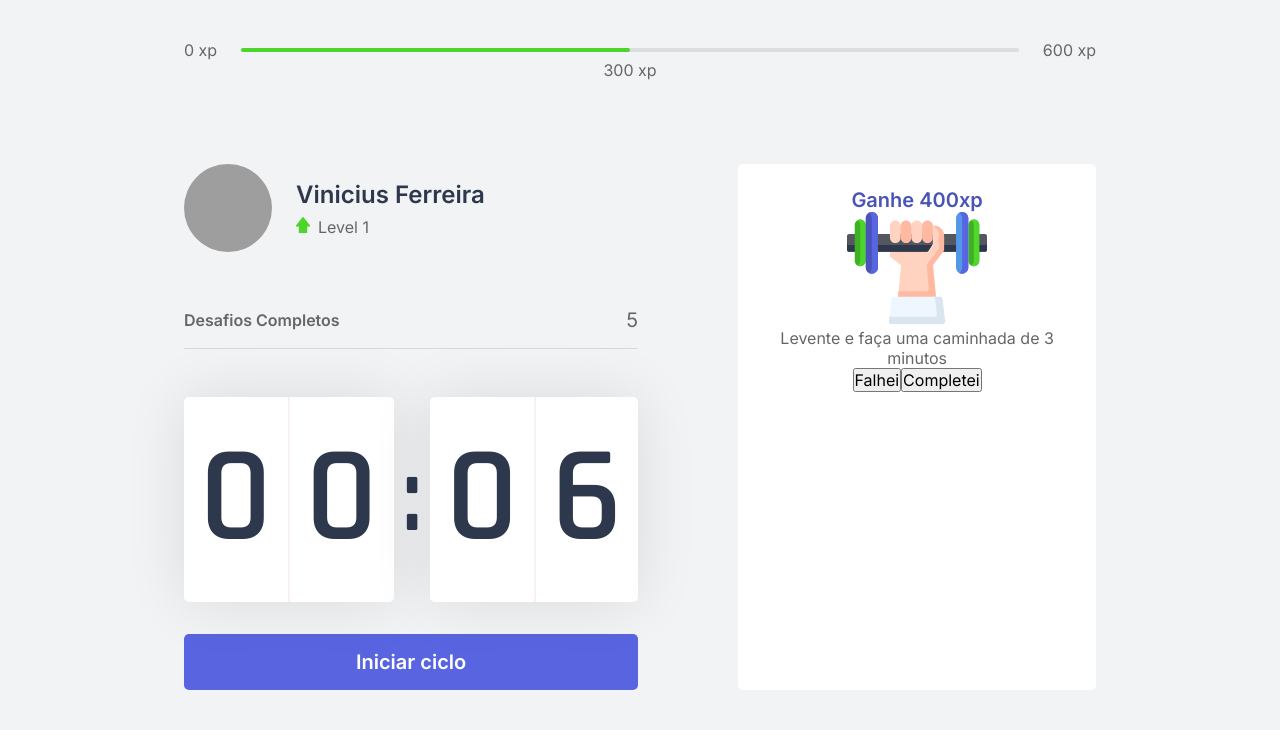
Repository: viniciusfg05/nlwFocus
Page: /
These files come from the project's save history. The page is drawn as it stood at one moment and after the next save; the edit follows.
The browser window is 1280 px wide. The pictures show the whole page.
Pictures or frames that could not be fetched are drawn as grey boxes. The project was rebuilt for these pictures with package versions that can differ from the ones it lists, and the page was loaded fresh each time. The framework's server and built-in components were replaced by stand-ins that run in the browser.

Above is the page before, as saved 2022-02-28 13:57:52.

### src/pages/_app.tsx
import '../styles/global.css'

import { AppProps } from 'next/app'

function MyApp({ Component, pageProps }: AppProps) {
  return <Component {...pageProps} />
}

export default MyApp

### src/pages/_document.tsx
import Document, { Html, Head, Main, NextScript} from 'next/document'

export default class Mydocument extends Document {
    render() {
        return(
            <Html>
                <Head>
                    <link rel='shortcut icon' href='favicon.png' type='image/png' />

                    <link rel="preconnect" href="https://fonts.gstatic.com" />
                    <link href="https://fonts.googleapis.com/css2?family=Inter:wght@400;500;600&family=Rajdhani:wght@600&display=swap" rel="stylesheet" />
                </Head>
                <body>
                    <Main />
                    <NextScript />
                </body>
            </Html>
        )
    }
}

### src/pages/index.tsx
import { CompleteChallenges } from "../components/CompleteChallenges";
import { CountDown } from "../components/CountDown";
import { ExperienceBar } from "../components/ExperinceBar";
import { Profile } from "../components/Profile";
import { ChallegesBox } from "../components/ChallegesBox";

import styles from "../styles/pages/Home.module.css"

import Head from 'next/head'

export default function Home() {
  return (
    <div className={styles.container}>
      <Head>
        <title>Inicio | Focus</title>
      </Head>

      <ExperienceBar />

      <section>
        <div>
          <Profile />
          <CompleteChallenges />
          <CountDown />
        </div>
        <div>
          <ChallegesBox />
        </div>
      </section>

    </div>
  )
}

### src/styles/global.css
*{
    margin: 0;
    padding: 0;
    box-sizing: border-box;
}

:root{
    --white: #fff;
    --background: #f2f3f5;
    --gray-line: #DCDDE0;
    --text: #666666;
    --text-highligth: #B3B9FF;
    --title: #2E384D;
    --red: #E83F5B;
    --green: #4CD62B;
    --blue: #5965E0;
    --blue-dark: #4953B8;
    --blue-twitter: #2AA9E0;
}

@media(max-white: 1080px) {
    html{
        font-size: 93.75%;
    }
}

@media(max-white: 750px) {
    html{
        font-size: 87.5%;
    }
}

body{
    background-color: var(--background);
    color: var(--text);

}

body, input, textarea, button {
    font: 400 1rem 'inter', sans-serif;
}

button{
    cursor: pointer;
}

a{
    color: inherit; /* para erdar a color do container */
    text-decoration: none;
}

### src/components/CompleteChallenges.tsx
import styles from '../styles/components/CompleteChallenges.module.css'


export function CompleteChallenges() {
    return(
        <div className={styles.CompleteChallenges}>
            <strong>Desafios Completos</strong>
            <span>5</span>
        </div>
    )
}

### src/components/CountDown.tsx
import { useState, useEffect } from 'react'
import styles from '../styles/components/CountDown.module.css'

let countDownTimeOut: NodeJS.Timeout; //para cancelar o timeOut


export function CountDown() {
    const [ time, setTime ] = useState(0.1 * 60)
    const [ isActive, setIsActive ] = useState(false)// para iniciar com desabilitado o conometro
    const [ timeFineshed, setTimeFineshed] = useState(false)

    const minutos = Math.floor(time / 60);
    const segundos = (time % 60); // '%' resto da divisão

    const [minuteLefts, minuteRight] = String(minutos).padStart(2, '0').split('')
    const [ segundosLefts, segundosRights ] = String(segundos).padStart(2, '0').split('')

    // padStart(2 '0') = para os numero a baixo de 10 ele vai add um '0' no inicio, ex. '05'
    // split('') = ele vai pera a string por exemplo '25' e repartir em dois '2' e '5'. split devolve um array com primeiro e segundo caractere

    function startCoutDown() {
        setIsActive(true);
    }

    function CancelCoutDown() {
        clearTimeout(countDownTimeOut)
        setIsActive(false);
        setTime((0.1 * 60))
    }

    useEffect(() => {
        if (isActive && time > 0) {
            countDownTimeOut = setTimeout(() => {setTime(time - 1);}, 1000)
        } else if (isActive && time === 0) {
            setTimeFineshed(true)
            setIsActive(false);

        }
    }, [isActive, time]);

    // setTimeout(() => {setTime(time - 1);}, 1000) = setTimeout = depois de 1000ms execute uma função; setTime recebe o valor de time -1.ou seja ele mudar para -1 a cada 1s e se add o time no useEffect sempre que o time mudar ele tira mais 1 segundo
    return(
        <div>
            <div className={styles.CountDownContainer}>
            <div>
                <span>{minuteLefts}</span>
                <span>{minuteRight}</span>
            </div>
            <span>:</span>
            <div>
                <span>{segundosLefts}</span>
                <span>{segundosRights}</span>
            </div>
        </div>

        {timeFineshed ? (
            <button
            disabled
            className={`${styles.CountdownButton} ${styles.CountdownButtonFinished}`}
            >
                Cliclo encerrado
            </button>
        ) : (
            <>
                { isActive ? (
                    <button
                    type="button"
                    className={`${styles.CountdownButton} ${styles.CountdownButtonActive} `}
                    onClick={CancelCoutDown}
                    >
                        Abondonar ciclo
                    </button>
                ) : (
                    <button
                        type="button"
                        className={styles.CountdownButton}
                        onClick={startCoutDown}
                     >
                        Iniciar ciclo
                    </button>
                )}
            </>
        )}






        </div>
    )
}

### src/components/ExperinceBar.tsx
import styles from '../styles/components/ExperienceBar.module.css'

export function ExperienceBar() {
    return(
        <header className={styles.experienceBar}>
            <span>0 xp</span>
                <div>
                    <div style={{ width: '50%',}}/>

                    <span className={styles.currentExperience} style={{ left: '50%'}}>300 xp</span>
                </div>
            <span>600 xp</span>
        </header>
    )
}

### src/components/Profile.tsx
import styles from '../styles/components/Profile.module.css'


export function Profile() {
    return(
        <div className={styles.profileContainer} >
            <img src="https://avatars.githubusercontent.com/u/68232658?s=400&u=003f61fe1fe4474daf9c3f5226d596c5f99dd759&v=4" alt="Vinicius Ferreira" />
            <div>
                <strong>Vinicius Ferreira</strong>
                <p>
                    <img src="icons/level.svg" alt="Level" />
                    Level 1
                </p>
            </div>
        </div>
    )
}

### src/components/ChallegesBox.tsx
import styles from '../styles/components/ChallegesBox.module.css'

export function ChallegesBox() {
  const hasActiveChallengen = true

  return (
    <div className={styles.ChallegesBoxContainer}>
      {hasActiveChallengen ? (
        <div className={styles.ChallegesBoxActive}>
          <header>Ganhe 400xp</header>
          <main>
            <img src="icons/body.svg" alt="Ganhe 400xp" />
            <p>Levente e faça uma caminhada de 3 minutos</p>
          </main>

          <footer>
            <button
            type="button"
            className={styles.ChallegesFailedButton}
            >
              Falhei
            </button>

            <button
            type="button"
            className={styles.ChallegesCompleteButton}
            >
              Completei
            </button>
          </footer>
        </div>


      ) : (
        <div className={styles.ChallegesBoxNotActive}>
        <strong>Finalize um ciclo para receber um desafio</strong>
        <p>
          <img src="icons/level-up.svg" alt="Level up" />
          Avance de level completando os desafios
        </p>
      </div>
      )}
    </div>
  )
}

### src/styles/pages/Home.module.css
.container{
    height: 100;
    max-width: 992px;
    margin: 0 auto;
    padding: 2.5rem;

    display: flex;
    flex-direction: column;

    gap: 6.5rem;
}

.container section {
    flex: 1;

    display: grid;
    grid-template-columns: 1fr 1fr;
    gap: 6.25rem;
    align-content: center;
}

### src/styles/components/CompleteChallenges.module.css
.CompleteChallenges {
    display: flex;
    align-items: center;
    justify-content: space-between;

    margin: 3.5rem 0 0;
    padding-bottom: 1rem;
    border-bottom: 1px solid #d7d8da;
    font-weight: 400;
    /* font: "Inter", sans-serif; ; */
    margin-bottom: 3rem
}


.CompleteChallenges span:first-child{
    font-size: 1.25rem;
}


.CompleteChallenges span:last-child{
    font-size: 1.25rem;
}

### src/styles/components/CountDown.module.css
.CountDownContainer {
  display: flex;
  align-items: center;
  font-family: Rajdhani;
  font-weight: 600;
  color: var(--title);
}

.CountDownContainer > div {
  flex: 1;

  display: flex;
  align-items: center;
  justify-content: space-evenly;

  background-color: var(--white);
  box-shadow: 0 0 60px rgba(0, 0, 0, 0.1);
  border-radius: 5px;
  font-size: 8.5rem;
  text-align: center;
}

.CountDownContainer > div span {
  flex: 1;
}

.CountDownContainer > div span:first-child {
  border-right: 1px solid #f8f1f3;
  padding: 1rem;
}

.CountDownContainer > div span:last-child {
  border-left: 1px solid #f8f1f3;
  padding: 1rem;
}

.CountDownContainer > span {
  font-size: 6.5rem;
  margin: 0 0.5rem;
}

.CountdownButton {
  width: 100%;
  height: 3.5rem;

  margin-top: 2rem;

  display: flex;
  align-items: center;
  justify-content: center;

  border: 0;
  border-radius: 5px;
  background-color: var(--blue);
  color: var(--white);

  font-size: 1.25rem;
  font-weight: 600;
  transition: background-color 0.3s;
}

.CountdownButton:not(:disabled):hover {
  background-color: var(--blue-dark);
}

.CountdownButtonActive {
  background-color: var(--red);
  color: var(--gray-line);

  transition: 0.3s;
}

.CountdownButtonActive:hover {
  background-color: #b83349;
  color: var(--gray-line);
}

.CountdownButtonFinished {
  background-color: var(--green);
  color: var(--title);
  cursor: not-allowed;
}

### src/styles/components/ExperienceBar.module.css
.experienceBar {
    display: flex;
    align-items: center;
}

.experienceBar spam {
    font-size: 1 rem;
}

.experienceBar > div {
    flex: 1;
    height: 4px;
    border-radius: 4px;
    background-color: var(--gray-line);
    margin: 0 1.5rem;
    position: relative;
}

.experienceBar > div > div{
    height: 4px;
    border-radius: 4px;
    background-color: var(--green)
}

span.currentExperience{
    position: absolute;
    top: 12px;
    transform: translateX(-50%)
}

### src/styles/components/Profile.module.css
.profileContainer {
    display: flex;
    align-items: center;
}

.profileContainer > img{
    width: 5.5rem;
    height: 5.5rem;
    border-radius: 50%;
}

.profileContainer div{
    margin-left: 1.5rem;
}

.profileContainer div strong {
    font-size: 1.5rem;
    font-weight: 600;
    color: var(--title);
}

.profileContainer div p {
    font-size: 1rem;
    margin-top: 0.5rem;
}

.profileContainer div p img {
    margin-right: 0.5rem;
}

### src/styles/components/ChallegesBox.module.css
.ChallegesBoxContainer {
  height: 100%;
  background: var(--white);
  border-radius: 5px;
  padding: 1.5rem 2rem;
  display: flex;
  flex-direction: column;
  align-items: center;
  justify-content: center;

  text-align: center;
}

.ChallegesBoxNotActive {
  display: flex;
  flex-direction: column;
  align-items: center;
}

.ChallegesBoxNotActive strong {
  font-size: 1.5rem;
  font-weight: 500;
  line-height: 1.4rem;
}

.ChallegesBoxNotActive p {
  display: flex;
  flex-direction: column;
  align-items: center;
  line-height: 1.4rem;
  max-width: 70%;
  margin-top: 3rem;
}

.ChallegesBoxNotActive p img {
  margin-bottom: 1rem;
}

.ChallegesBoxActive {
  height: 100%;
  display: flex;
  flex-direction: column;
}

.ChallegesBoxActive header {
  color: var(--blue-dark);
  font-weight: 600;
  font-size: 1.25rem;
}

After the next save:
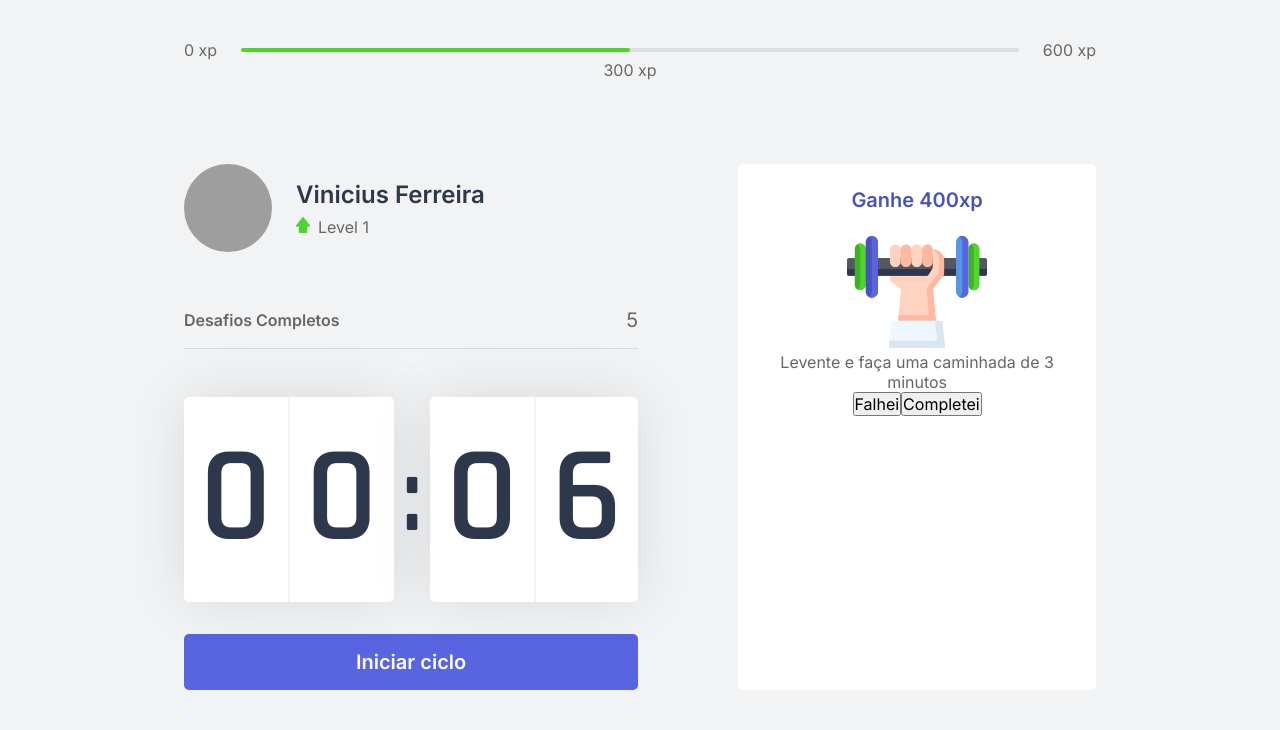
Saved 16 s later.
--- a/src/styles/components/ChallegesBox.module.css
+++ b/src/styles/components/ChallegesBox.module.css
@@ -46,4 +46,5 @@
   color: var(--blue-dark);
   font-weight: 600;
   font-size: 1.25rem;
+  padding: 0 2rem 1.5rem;
 }
